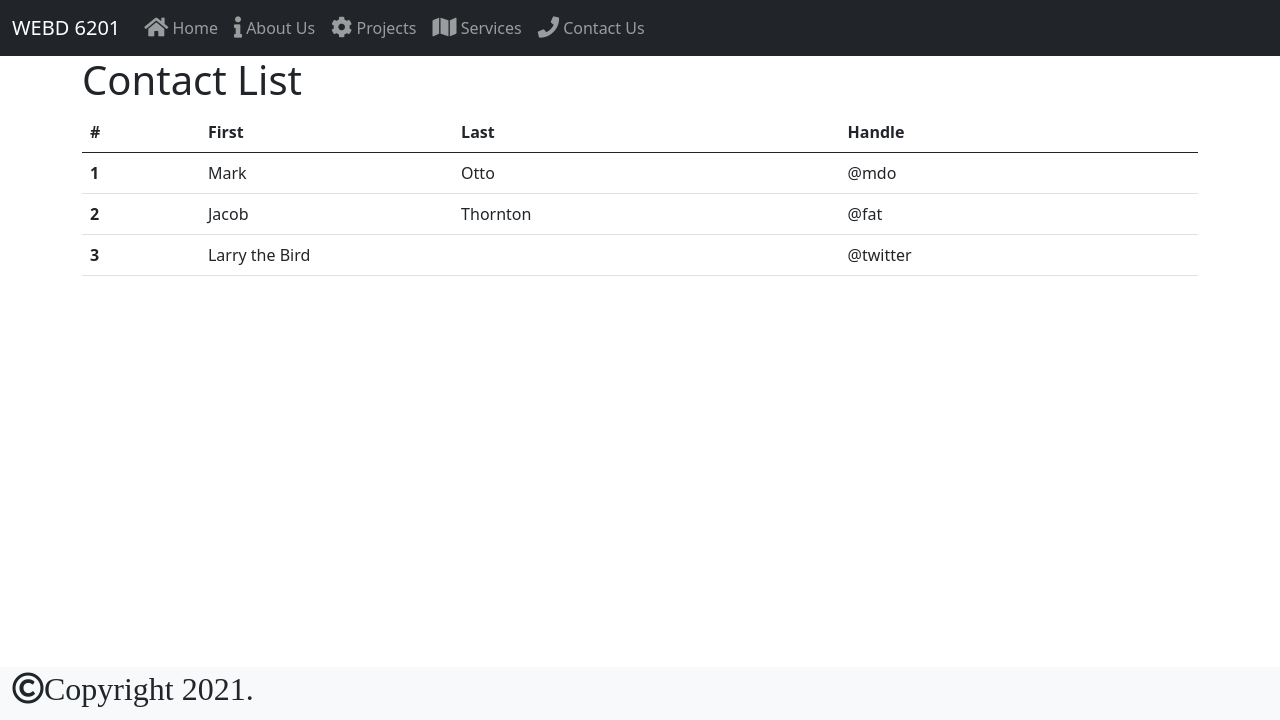
Repository: vans12345678/WEBD6201-W2021-Week3
Page: contact-list.html
The author's editor kept a copy of each file at every save. The page is drawn from the files as they stood at one save, then again after the next save.
The browser window is 1280 px wide. The pictures show the whole page.

Above is the page before, as saved 2021-01-28 09:37:25.

After the next save:
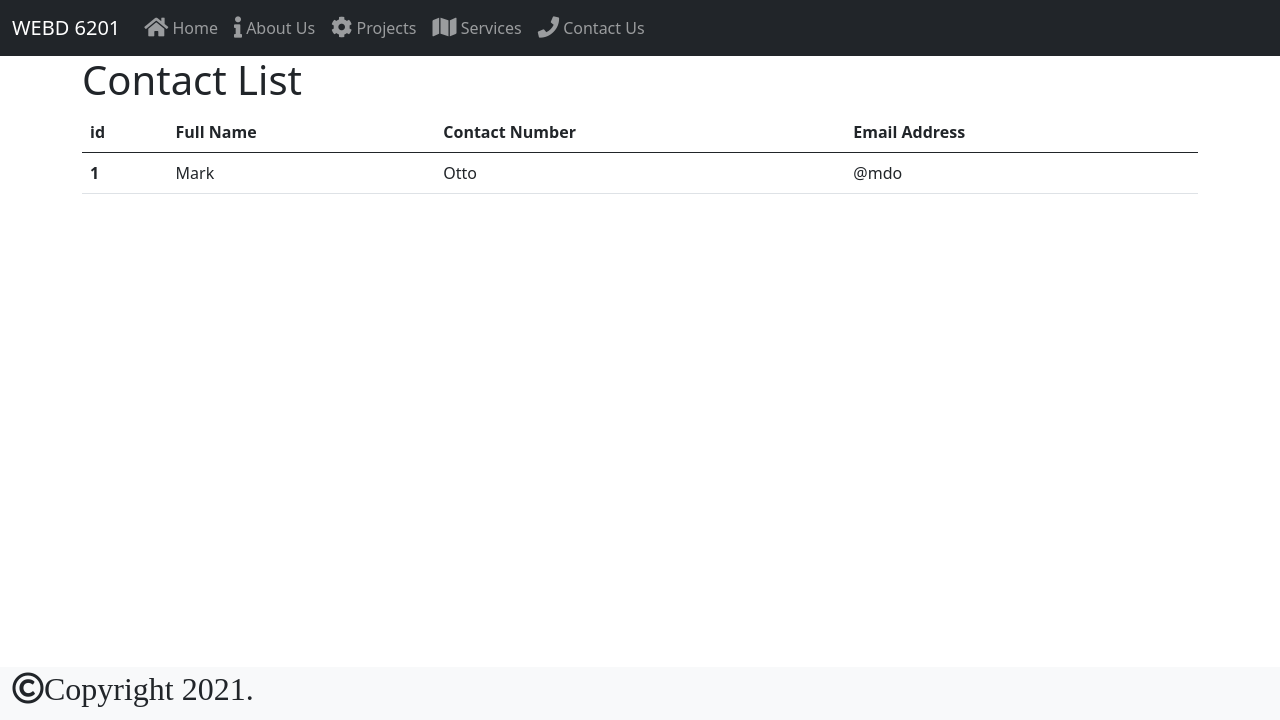
Saved 55 s later.
--- a/contact-list.html
+++ b/contact-list.html
@@ -54,10 +54,10 @@
             <table class="table">
               <thead>
                 <tr>
-                  <th scope="col">#</th>
-                  <th scope="col">First</th>
-                  <th scope="col">Last</th>
-                  <th scope="col">Handle</th>
+                  <th scope="col">id</th>
+                  <th scope="col">Full Name</th>
+                  <th scope="col">Contact Number</th>
+                  <th scope="col">Email Address</th>
                 </tr>
               </thead>
               <tbody>
@@ -67,17 +67,7 @@
                   <td>Otto</td>
                   <td>@mdo</td>
                 </tr>
-                <tr>
-                  <th scope="row">2</th>
-                  <td>Jacob</td>
-                  <td>Thornton</td>
-                  <td>@fat</td>
-                </tr>
-                <tr>
-                  <th scope="row">3</th>
-                  <td colspan="2">Larry the Bird</td>
-                  <td>@twitter</td>
-                </tr>
+
               </tbody>
             </table>
           </div>
